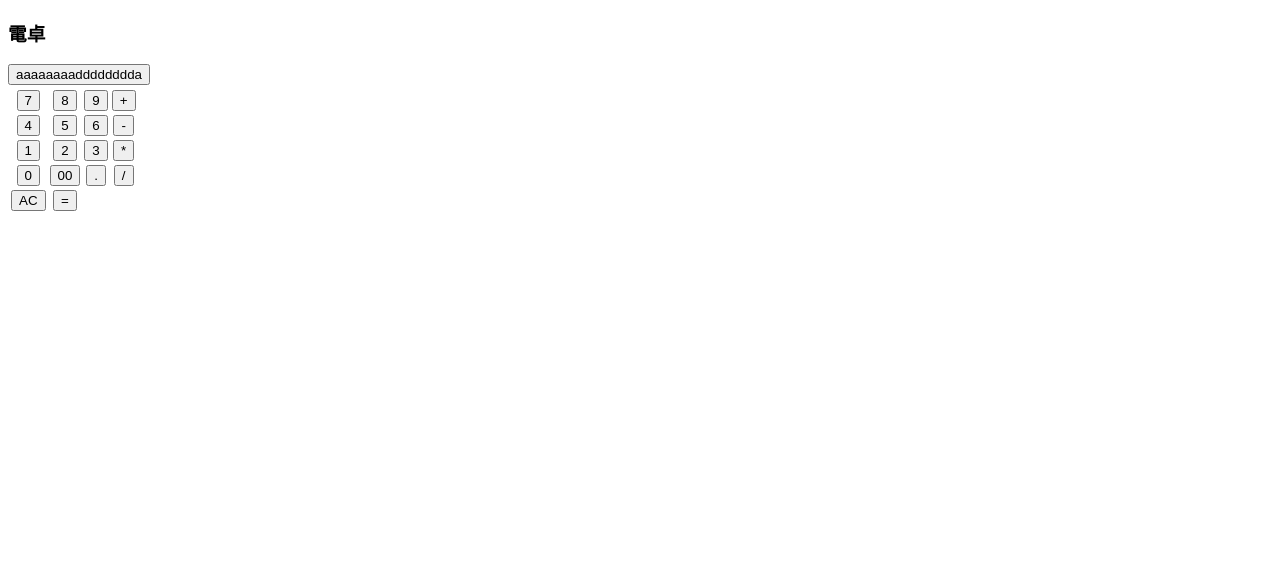
Repository: syokaturyou/potepan
Page: dentaku.html
The author's editor kept a record of every edit. The page is drawn from the files as they stood at one moment, then again after the next edit.
The browser window is 1280 px wide. The pictures show the whole page.
Some web libraries are served in a nearby version.

Above is the page before.

### dentaku.html
   <!DOCTYPE html>
    <html lang="en">
      <head>
        <meta charset="utf-8">
        <script src="https://code.jquery.com/jquery-3.2.1.js" integrity="sha256-DZAnKJ/6XZ9si04Hgrsxu/8s717jcIzLy3oi35EouyE=" crossorigin="anonymous"></script>
        <link rel="stylesheet" href="css/main.css">
        <title>電卓</title>
        <script src="javascript/jquery.min.js"></script>
      </head>

      <body>
        <h3>電卓</h3>

          <table>
          <tr>
            <button>aaaaaaaadddddddda</button>
          </tr>
          <tr>
            <th><button>7</button></th>
            <th><button>8</button></th>
            <th><button>9</button></th>
            <th><button>+</button></th>
          </tr>
          <tr>
            <th><button>4</button></th>
            <th><button>5</button></th>
            <th><button>6</button></th>
            <th><button>-</button></th>
          </tr>
          <tr>
            <th><button>1</button></th>
            <th><button>2</button></th>
            <th><button>3</button></th>
            <th><button>*</button></th>
          </tr>
          <tr>
            <th><button>0</button></th>
            <th><button>00</button></th>
            <th><button>.</button></th>
            <th><button>/</button></th>
          </tr>
          <tr>
            <th><button>AC</button></th>
            <th><button>=</button></th>
          </tr>
        </table>


        <!-- ここに記述していきましょう！ -->

        <script src="javascript/main.js"></script>
      </body>
    </html>

### css/main.css
table{
  /*border: 1px solid black;*/
  background-color: white;
}

h4{
  width: 300px;
  background-color: black;
}


 .black{
  color: white;
  background-color: black;
}

/*button {*/
/*  border: 1px solid black;*/
/*  background-color: #C0C0C0;*/
/*}*/

Loaded but not shown: javascript/jquery.min.js (library); javascript/main.js (no copy from this time; the picture is the same without it)

After the next edit:
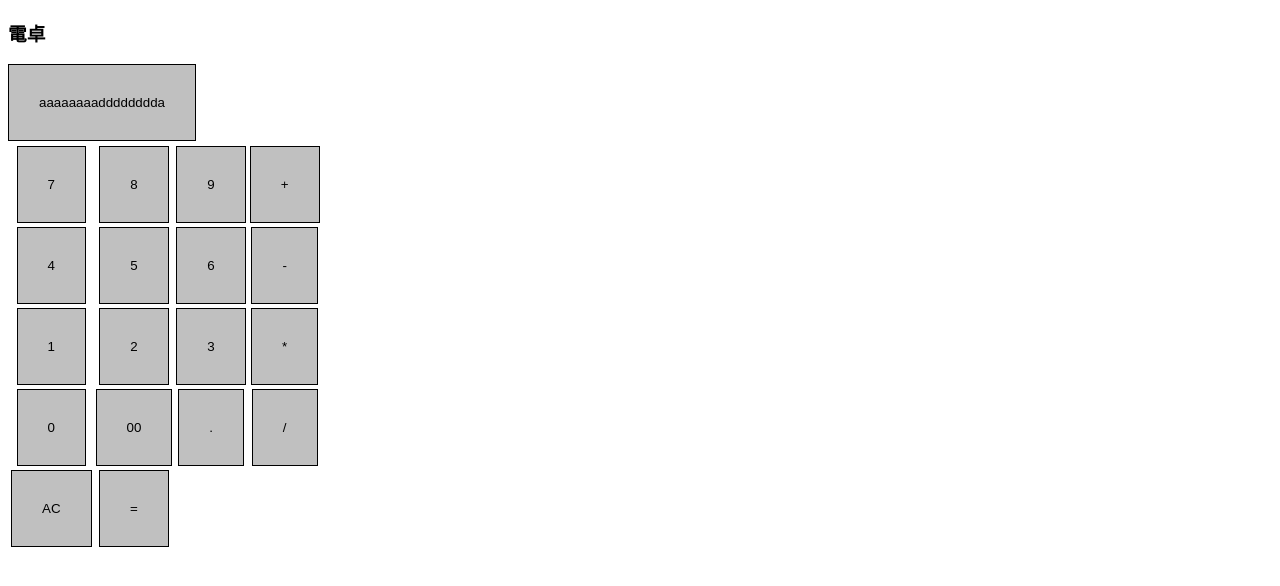
The edit:
--- a/css/main.css
+++ b/css/main.css
@@ -14,7 +14,8 @@
   background-color: black;
 }
 
-/*button {*/
-/*  border: 1px solid black;*/
-/*  background-color: #C0C0C0;*/
-/*}*/
+button {
+  border: 1px solid black;
+  padding: 30px;
+  background-color: #C0C0C0;
+}

After the edit that followed:
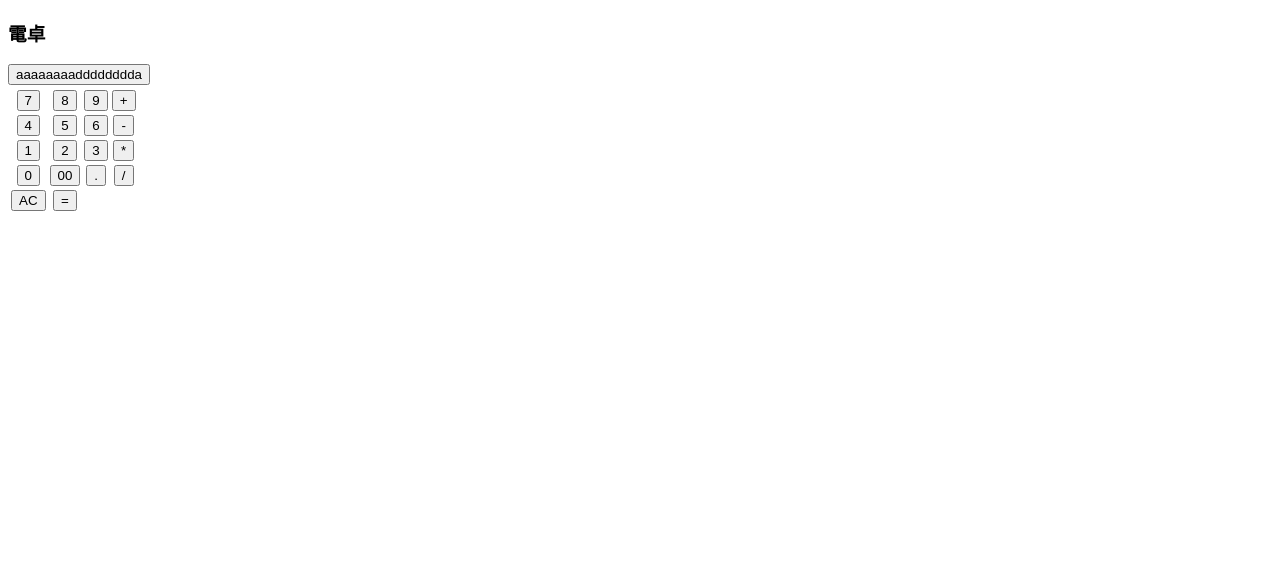
The edit:
--- a/css/main.css
+++ b/css/main.css
@@ -14,7 +14,7 @@
   background-color: black;
 }
 
-button {
+.buttonA {
   border: 1px solid black;
   padding: 30px;
   background-color: #C0C0C0;
